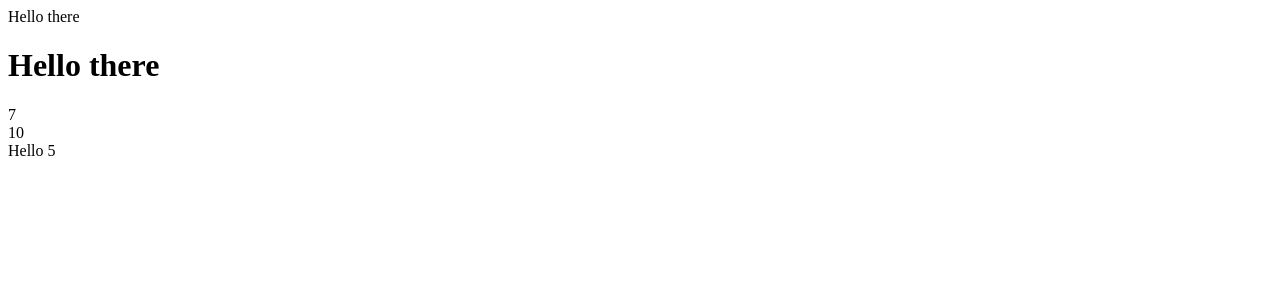
Repository: fzancanaro/AdvanceWeb
Page: http://localhost/test.php
The author's editor kept a record of every edit. The page is drawn from the files as they stood at one moment, then again after the next edit.
The browser window is 1280 px wide. The pictures show the whole page.
The page is run by PHP 8.4 with error messages shown; the project is at /var/www/html/.

Above is the page before.

### workspace/test.php
<?php
//variable
$a="Hello";
$b="there";

//concatenation
$c = $a. " ".$b;
//ptint
echo $c;
echo"<h1> $c </h1>";

//integers
$d=5;
$e=2;
echo $d + $e;
echo"<br>";
echo $d * $e;
echo"<br>";
echo $a. " ".$d;


?>

After the next edit:
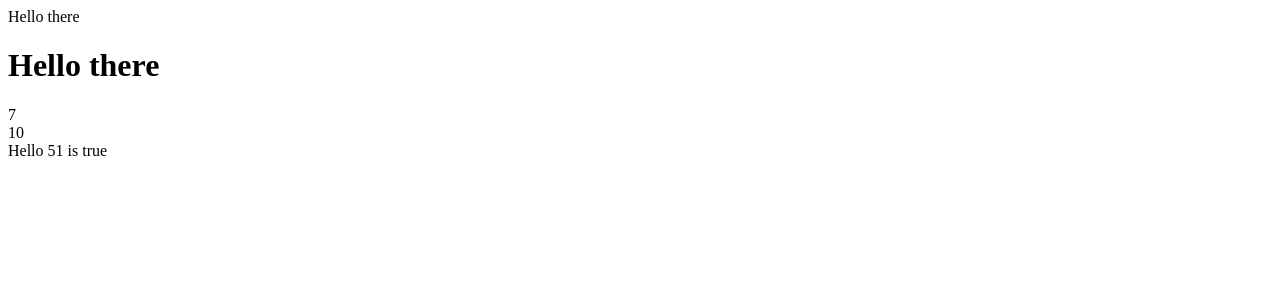
The edit:
--- a/workspace/test.php
+++ b/workspace/test.php
@@ -18,5 +18,12 @@
 echo"<br>";
 echo $a. " ".$d;
 
+//boolean
+
+$g = true;
+$h = 1;
+if($h==true){
+    echo"$h is true";
+}
 
 ?>
